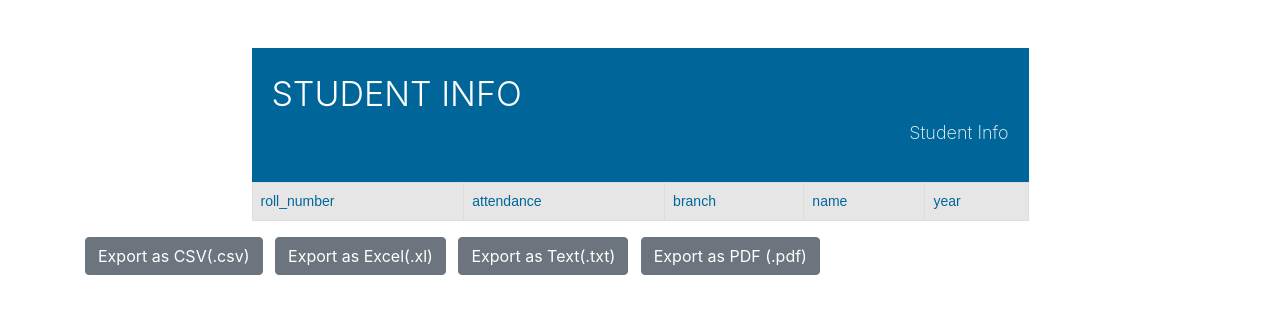
Repository: supranshu/CrystalReportGenerator
Page: http://localhost/produce_report
An editor plug-in stored every save of this project. The page is shown before and after the next save, followed by the edit.
The browser window is 1280 px wide. The pictures show the whole page.
The page is this project's Thymeleaf template; nobody is signed in. The template is opened directly, without the code that normally fills it, so the values that code supplies are empty.

Above is the page before, as saved 2023-08-07 13:02:06.

After the next save:
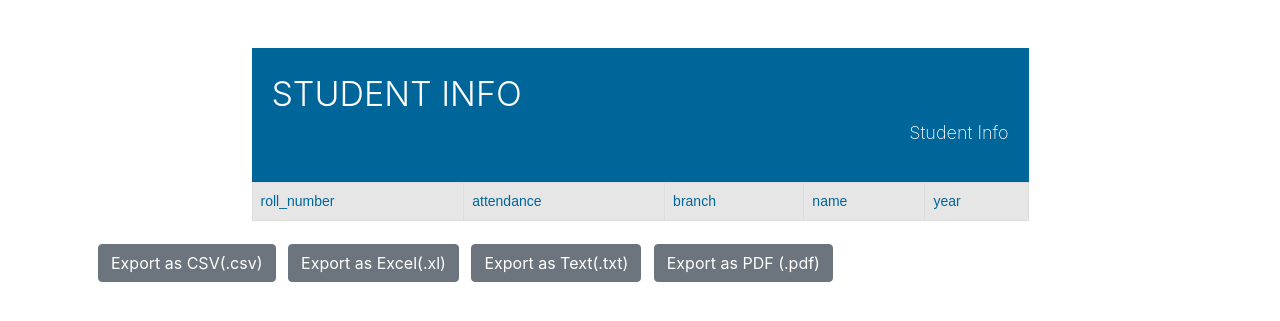
Saved 34 s later.
--- a/com.report/src/main/resources/templates/produce_report.html
+++ b/com.report/src/main/resources/templates/produce_report.html
@@ -90,7 +90,7 @@
 
 
 
-        <div class="mt-3">
+        <div class="mt-3 btn">
             <a class="btn btn-secondary mr-2" th:href="@{/export/csv(year=${year}, branch=${branch})}" target="_blank">Export as CSV(.csv)</a>
             <a class="btn btn-secondary mr-2" th:href="@{/export/excel(year=${year}, branch=${branch})}" target="_blank">Export as Excel(.xl)</a>
             <a class="btn btn-secondary mr-2" th:href="@{/export/notepad(year=${year}, branch=${branch})}" target="_blank">Export as Text(.txt)</a>
